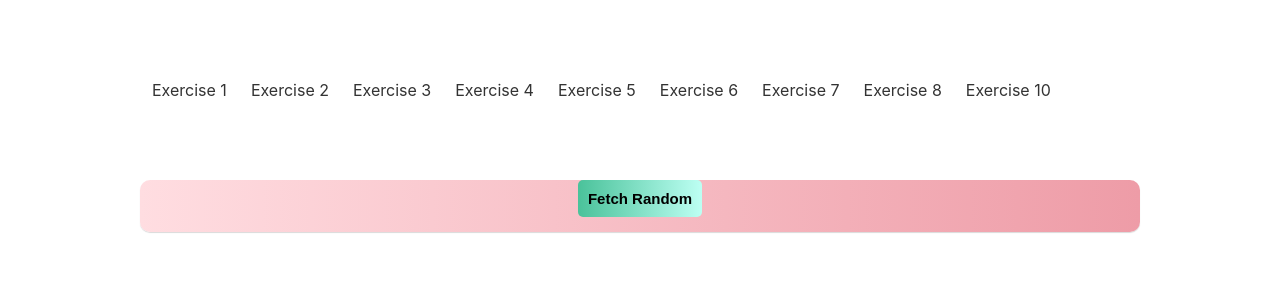
Repository: LukeBinh/reactjsexercises
Page: /ex10
An editor plug-in stored every save of this project. The page is shown before and after a run of saves, followed by the edit.
The browser window is 1280 px wide. The pictures show the whole page.
The page's requests for data from a server got no answer. The project was rebuilt for these pictures with package versions that can differ from the ones it lists, and the page was loaded fresh each time. No one was signed in, and anything a server would have sent is missing. Also part of the build but not shown: src/components/Ex1/Ex1.tsx, src/components/Ex2/Ex2.tsx, src/components/Ex3/ex3.css, src/components/Ex3/Ex3.tsx, src/components/Ex4/ex4.css, src/components/Ex4/Ex4.jsx, src/components/Ex5/Ex5.tsx, src/components/Ex6/Ex6.tsx and 5 more.

Above is the page before, as saved 2022-04-27 15:52:16.

After the next 2 saves:
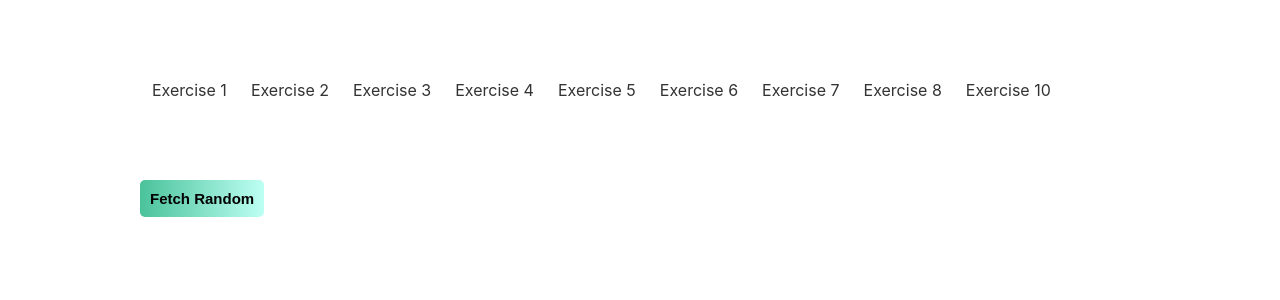
The 2 saves are shown as one change because they came seconds apart.
The last was saved 7 s later.
--- a/src/components/Ex10/Ex10.tsx
+++ b/src/components/Ex10/Ex10.tsx
@@ -32,7 +32,7 @@ function Ex10() {
     fetchRandom();
   };
   return (
-    <div className="container flexcol">
+    <div className="container ">
       <button onClick={handleClick} className="button">Fetch Random</button>
       <div className="grid">
         {listUser.map((user) => (
